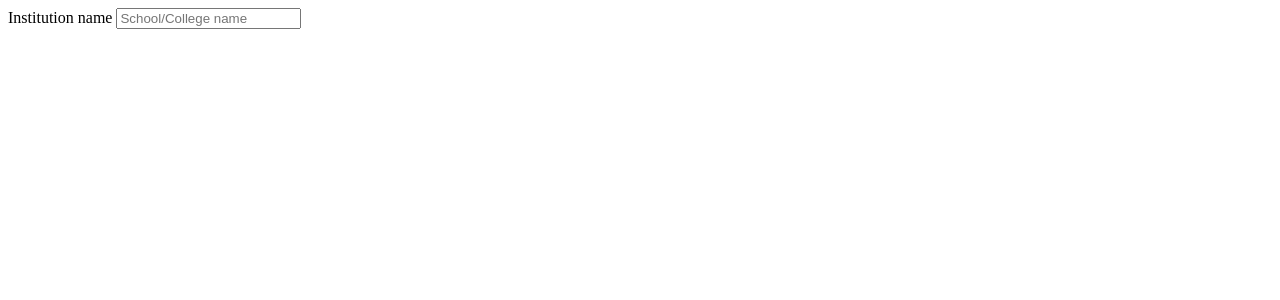
Repository: Tanmay-Kayande/Myportfolio
Page: http://localhost/myproject/education.jsp
The author's editor kept a copy of each file at every save. The page is drawn from the files as they stood at one save, then again after the next save.
The browser window is 1280 px wide. The pictures show the whole page.
The page is served by Tomcat 9. The session is filled in as if someone had signed in: {"login": "exist"}. Other server files are loaded and not shown.

Above is the page before, as saved 2024-02-13 10:45:05.

### myproject/src/main/webapp/education.jsp
<%@ page language="java" contentType="text/html; charset=UTF-8"
    pageEncoding="UTF-8"%>
<!DOCTYPE html>
<html>
<head>
<meta charset="UTF-8">
<title>Insert title here</title>
</head>
<body>
	<form action="Education" method="post" >
		Institution name
		<input type="text" name="Instituation" placeholder="School/College name"><br>


	</form>
</body>
</html>

After the next save:
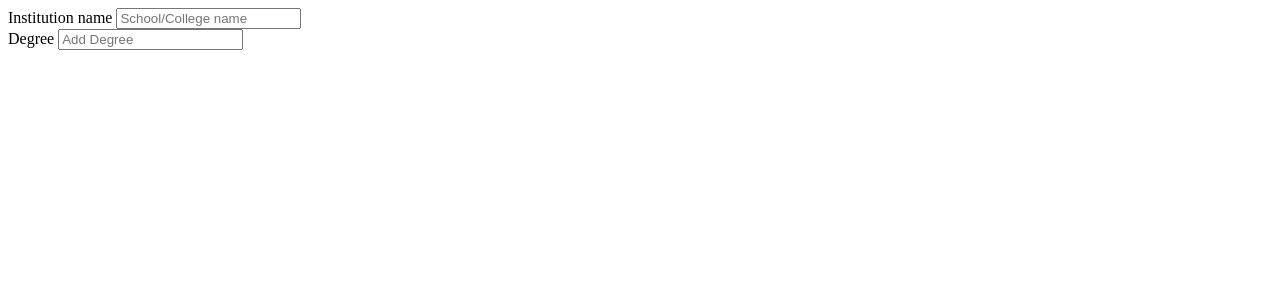
Saved 6 min 59 s later.
--- a/myproject/src/main/webapp/education.jsp
+++ b/myproject/src/main/webapp/education.jsp
@@ -10,6 +10,8 @@
 	<form action="Education" method="post" >
 		Institution name
 		<input type="text" name="Instituation" placeholder="School/College name"><br>
+		Degree
+		<input type="text" name="Degree" placeholder="Add Degree"><br>
 
 
 	</form>
